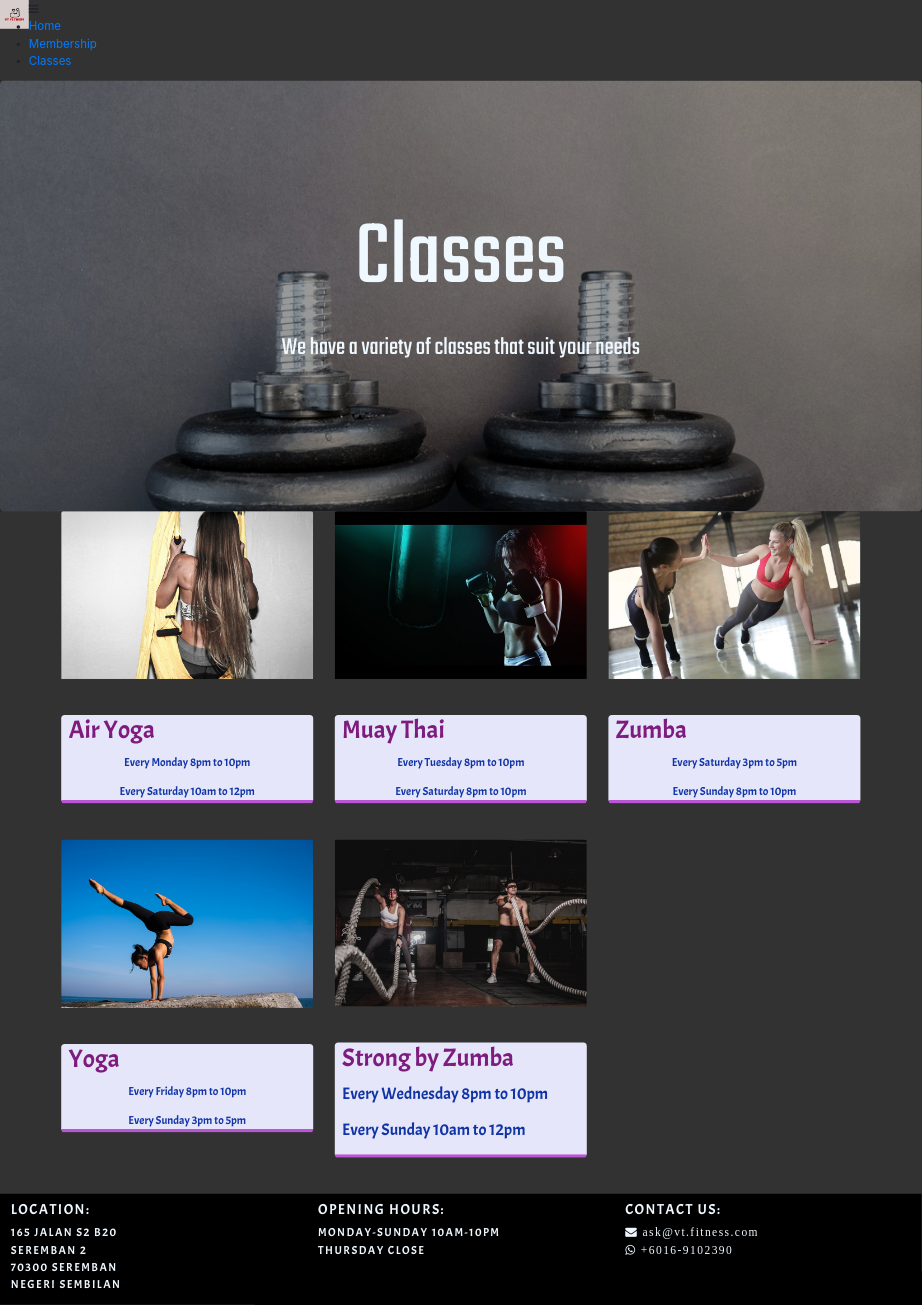
Repository: Code-Institute-Submissions/Project-One-6
Page: classes.html
The author's editor kept a record of every edit. The page is drawn from the files as they stood at one moment, then again after the next edit.
The browser window is 1280 px wide. The pictures show the whole page, at 72% of full size.

Above is the page before.

### classes.html
<!DOCTYPE html>
<html lang="en">

<head>
    <meta charset="UTF-8">
    <meta name="viewport" content="width=device-width, initial-scale=1.0">
    <meta http-equiv="X-UA-Compatible" content="ie=edge">
    <link rel="stylesheet" href="https://stackpath.bootstrapcdn.com/bootstrap/4.3.1/css/bootstrap.min.css" type="text/css" />
    <link rel="stylesheet" href="https://stackpath.bootstrapcdn.com/font-awesome/4.7.0/css/font-awesome.min.css" type="text/css" />
    <link rel="stylesheet" href="https://cdnjs.cloudflare.com/ajax/libs/hover.css/2.3.1/css/hover.css" type="text/css" />
    <link rel="stylesheet" href="style.css" type="text/css" />
    <title>VT Fitness</title>
</head>

<body>
    <header>
        <nav class="navDefault">
            <div>
                <img class="logo" src="images/logo.jpg" />
            </div>
            <div class="dropdown">
                <div class="icon-bars"><i class="fa fa-bars icon"></i></div>
                <ul class="dropdownMenu">
                    <li class="dropdownItem"><a href="index.html" class="dropdownLink">Home</a></li>
                    <li class="dropdownItem"><a href="membership.html" class="dropdownLink">Membership</a></li>
                    <li class="dropdownItem"><a href="classes.html" class="dropdownLink">Classes</a></li>
                </ul>
            </div>
        </nav>
    </header>
    <section>
        <div class="jumbotron" id="classes">
            <div class="schedule">
                <p class="membership-title">Classes</p>
                <p class="membership-quote">We have a variety of classes that suit your needs</p>
            </div>
        </div>
    </section>
    <section>
        <div class="container">
        <div class="row">
            <div class="col-sm-12 col-md-4">
                <img src="images/air yoga.jpg" class="card-img-top">
                <div class="card-body-class">
                    <h4 class="card-title">Air Yoga</h4>
                    <p class="card-text">Every Monday 8pm to 10pm</p>
                    <p class="card-text">Every Saturday 10am to 12pm</p>
                </div>
            </div>
            <div class="col-sm-12 col-md-4">
                <img src="images/muay thai.jpg" class="card-img-top">
                <div class="card-body-class">
                    <h4 class="card-title">Muay Thai</h4>
                    <p class="card-text">Every Tuesday 8pm to 10pm</p>
                    <p class="card-text">Every Saturday 8pm to 10pm</p>
                </div>
            </div>
            <div class="col-sm-12 col-md-4">
                <img src="images/zumba.jpg" class="card-img-top">
                <div class="card-body-class">
                    <h4 class="card-title">Zumba</h4>
                    <p class="card-text">Every Saturday 3pm to 5pm</p>
                    <p class="card-text">Every Sunday 8pm to 10pm</p>
                </div>
            </div>
        </div>
        <div class="row">
            <div class="col-sm-12 col-md-4">
                <img src="images/yoga.jpg" class="card-img-top">
                <div class="card-body-class">
                    <h4 class="card-title">Yoga</h4>
                    <p class="card-text">Every Friday 8pm to 10pm</p>
                    <p class="card-text">Every Sunday 3pm to 5pm</p>
                </div>
            </div>
            <div class="col-sm-12 col-md-4">
                <img src="images/strong by zumba.jpg" class="card-img-top">
                <div class="card-body-class">
                    <h4 class="card-title">Strong by Zumba</h4>
                    <p class="text">Every Wednesday 8pm to 10pm</p>
                    <p class="text">Every Sunday 10am to 12pm</p>
                </div>
            </div>
        </div>
    </section>
    <footer class="container-fluid">
        <div class="row">
            <div id="footer-detail" class="col-sm-4 cap">
                <h5 class="inline-block">Location:</h5>
                <p>165 Jalan S2 B20
                    <br>Seremban 2
                    <br>70300 Seremban
                    <br>Negeri Sembilan</p>
            </div>
            <div id="footer-detail" class="col-sm-4 cap">
                <h5 class="inline-block">Opening Hours:</h5>
                <p>Monday-Sunday 10am-10pm
                    <br>Thursday close
                </p>
            </div>
            <div id="footer-detail" class="col-sm-4">
                <h5 class="cap">Contact Us:</h5>
                <ul class="list-inline social">
                    <li>
                        <i class="fa fa-envelope" aria-hidden="true">
                    <span>ask@vt.fitness.com</span>
                    </i>
                    </li>
                    <li>
                        <i class="fa fa-whatsapp" aria-hidden="true">
                    <span>+6016-9102390</span>
                    </i>
                    </li>
                </ul>
            </div>
        </div>

    </footer>
</body>

</html>

### style.css
@import url('https://fonts.googleapis.com/css?family=Acme|Bangers|Lilita+One|Pacifico|Teko&display=swap');

/*-------------------------------------Header------------------------------------*/

header {
    margin: 0;
}

body {
    background-color: #323232;
}

/*-------------------------------------Nav Bar------------------------------------*/

.logo {
    width: 40px;
    height: 40px;
    float: left;
}

.dropdown-item {
    text-align: center;
    font-family: "Acme", sans-serif;
    color: #0080fe;
    width: 150px;
    background-color: rgba(0, 0, 0, 0.2);
    float: right;
}

.dropdown-item:hover {
    text-decoration: none;
    text-align: center;
    color: #f0f8ff;
    width: 150px;
    background-color: rgba(0, 0, 0, 0.7);
}

/*-----------------------------------Home page-----------------------------------*/

#workout {
    background-attachment: scroll;
    background-image: url('images/Workout.jpg');
    background-position: center;
    background-size: cover;
    background-repeat: no-repeat;
    height: 100vh;
    width: 100vw;
    margin-bottom: 0px;
    z-index: -1;
    padding: 0;
}

.vertical-center {
    margin: 0;
    position: absolute;
    top: 50%;
    left: 50%;
    transform: translate(-50%, -50%);
}

.banner-slogan {
    font-family: "teko", sans-serif;
    color: #f0f8ff;
    margin: 0;
    text-align: center;
}

.banner-title {
    font-family: "teko", sans-serif;
    color: #f0f8ff;
    margin: 0;
    text-align: center;
}

.banner-quote {
    font-family: "teko", sans-serif;
    color: #f0f8ff;
    margin-bottom: 10px;
    text-align: center;
}

@media only screen and (max-width: 576px) {
    .banner-slogan {
        font-size: 45px;
        width: 350px;
    }
    .banner-title {
        font-size: 25px;
        width: 350px;
    }
    .banner-quote {
        font-size: 20px;
        width: 350px;
    }
}

@media only screen and (min-width: 577px) and (max-width: 768px) {
    .banner-slogan {
        font-size: 70px;
        width: 500px;
    }
    .banner-title {
        font-size: 30px;
        width: 500px;
    }
    .banner-quote {
        font-size: 25px;
        width: 500px;
    }
}

@media only screen and (min-width: 769px) and (max-width: 992px) {
    .banner-slogan {
        font-size: 95px;
        width: 700px;
    }
    .banner-title {
        font-size: 40px;
        width: 700px;
    }
    .banner-quote {
        font-size: 32px;
        width: 700px;
    }
}

@media only screen and (min-width: 993px) {
    .banner-slogan {
        font-size: 115px;
        width: 850px;
    }
    .banner-title {
        font-size: 50px;
        width: 850px;
    }
    .banner-quote {
        font-size: 38px;
        width: 850px;
    }
}

.btn {
    margin: 0 auto;
    display: block;
}

.btn>a {
    font-family: "Bangers", sans-serif;
    color: #f0f8ff;
    text-transform: uppercase;
}

.btn>a:hover {
    text-decoration: none;
    color: #000000;
}

/*------------------------------------Core Value----------------------------------*/

.cv-title {
    text-align: center;
    font-family: "Bangers", sans-serif;
    color: #990000;
    font-size: 50px;
    margin-bottom: 70px;
    margin-top: 0;
}

.core-value {
    margin: 0;
    padding-top: 50px;
    padding-left: 80px;
    padding-right: 80px;
}

/*------------------------------------Sign Up------------------------------------*/

#signup {
    background-image: url('images/counter.jpg');
    background-size: cover;
    background-attachment: scroll;
    background-repeat: no-repeat;
    background-position: center;
    z-index: -1;
    margin: 0;
    padding: 0;
}

.signup-form {
    padding-top: 150px;
    padding-bottom: 150px;
    background-color: rgba(0, 0, 0, 0.5);
}

.title {
    font-family: "teko", sans-serif;
    color: #f6fffb;
    margin: 0 auto;
    text-align: center;
}

.quote {
    font-family: "Acme", sans-serif;
    color: #f0f8ff;
    text-align: center;
    margin: 0 auto;
}

@media only screen and (max-width: 576px) {
    .title {
        font-size: 50px;
        width: 300px;
    }
    .quote {
        font-size: 15px;
        width: 300px;
    }
}

@media only screen and (min-width: 577px) and (max-width: 768px) {
    .title {
        font-size: 70px;
        width: 500px;
    }
    .quote {
        font-size: 20px;
        width: 500px;
    }
}

@media only screen and (min-width: 769px) and (max-width: 992px) {
    .title {
        font-size: 90px;
        width: 700px;
    }
    .quote {
        font-size: 30px;
        width: 700px;
    }
}

@media only screen and (min-width: 993px) {
    .title {
        font-size: 105px;
        width: 850px;
    }
    .quote {
        font-size: 35px;
        width: 850px;
    }
}

/*-------------------------------------Video------------------------------------*/

.video {
    text-align: center;
    background-image: url('images/gym.jpg');
}

.video-title {
    font-family: "Lilita One", sans-serif;
    color: #5c5c5c;
    margin-bottom: 0px;
}

@media only screen and (min-width: 768px) and (max-width: 992px) {
    .video-title {
        font-size: 45px;
    }
}

@media only screen and (min-width: 993px) {
    .video-title {
        font-size: 70px;
    }
}

/*-------------------------------------Footer------------------------------------*/

footer {
    background-color: #000000;
    color: #f0f8ff;
    bottom: 0;
}

#footer-detail {
    font-size: 16px;
    font-weight: 100;
    font-family: "Acme", sans-serif;
    letter-spacing: 2px;
    color: #f0f8ff;
    margin-top: 10px;
}

.cap {
    text-transform: uppercase;
}

.details {
    font-size: 16px;
    font-weight: 100;
    font-family: "Acme", sans-serif;
}

/*----------------------------------Membership----------------------------------*/

#membership {
    background-attachment: scroll;
    background-image: url('images/membership.jpg');
    background-position: center;
    background-size: cover;
    background-repeat: no-repeat;
    height: 100vh;
    width: 100vw;
    margin-bottom: 0px;
    z-index: -1;
}

.membership-title {
    font-family: "teko", sans-serif;
    color: #f0f8ff;
    text-align: center;
    margin: 0;
}

.membership-quote {
    font-family: "teko", sans-serif;
    color: #f0f8ff;
    text-align: center;
    margin: 0;
}

.package {
    margin-top: 40px;
    margin-bottom: 80px;
    text-align: center;
}

.slogan {
    font-family: "teko", sans-serif;
    color: #f6fffb;
    padding: 0;
    margin: 0;
}

.card-header {
    background-color: #ffffff;
    border-top: 5px solid #ba55d3;
    font-family: "acme", sans-serif;
    font-size: 25px;
    color: #7d1b7e;
}

.card-body {
    background-color: #e6e6fa;
}

.card-text {
    font-family: "acme", sans-serif;
    color: #1034a6;
    text-align: center;
}

.card-footer {
    background-color: #ffffff;
    font-family: "acme", sans-serif;
    font-size: 25px;
    color: #7d1b7e;
    padding: 5;
}

.slogan-text {
    font-family: "teko", sans-serif;
    font-size: 30px;
    color: #f6fffb;

}

@media only screen and (max-width: 576px) {
    .membership-title {
        font-size: 55px;
    }
    .membership-quote {
        font-size: 25px;
    }
    .slogan {
        font-size: 50px;
    }
    .slogan-text {
        font-size: 20px;
    }
    .card-footer {
        margin-bottom: 20px;
    }
}

@media only screen and (min-width: 577px) and (max-width: 768px) {
    .membership-title {
        font-size: 80px;
    }
    .membership-quote {
        font-size: 25px;
    }
    .slogan {
        font-size: 65px;
    }
    .slogan-text {
        font-size: 25px;
    }
    .card-footer {
        margin-bottom: 20px;
    }
}

@media only screen and (min-width: 769px) and (max-width: 992px) {
    .membership-title {
        font-size: 110px;
    }
    .membership-quote {
        font-size: 30px;
    }
    .slogan {
        font-size: 85px;
    }
    .slogan-text {
        font-size: 30px;
    }
}

@media only screen and (min-width: 993px) {
    .membership-title {
        font-size: 130px;
    }
    .membership-quote {
        font-size: 35px;
    }
    .slogan {
        font-size: 100px;
    }
    .slogan-text {
        font-size: 30px;
    }
}



/*----------------------------------Classes----------------------------------*/

#classes {
    background-attachment: scroll;
    background-image: url('images/class.jpg');
    background-position: center;
    background-size: cover;
    background-repeat: no-repeat;
    z-index: -1;
    padding: 0;
    margin: 0;
}

.schedule {
    padding-top: 150px;
    padding-bottom: 200px;
    background-color: rgba(0,0,0,0.4);
}

.card-body-class {
    background-color: #e6e6fa;
    margin-top: 50px;
    margin-bottom: 50px;
    border-radius: 5px;
    border-bottom: 5px solid #ba55d3;
}

.card-title {
    font-family: "acme", sans-serif;
    font-size: 35px;
    color: #7d1b7e;
    padding-left: 10px;
}

.text {
    font-family: "acme", sans-serif;
    font-size: 23px;
    color: #1034a6;
    padding-left: 10px;
}

@media only screen and (max-width: 576px) {
    .card-body-class {
        margin-top: 20px;
        margin-bottom: 20px;
    }
    .text {
    font-size: 18px;
    }
}

@media only screen and (min-width: 577px) and (max-width: 768px) {
    .card-body-class {
        margin-top: 20px;
        margin-bottom: 20px;
    }
    .text {
    font-size: 18px;
    }
}

After the next edit:
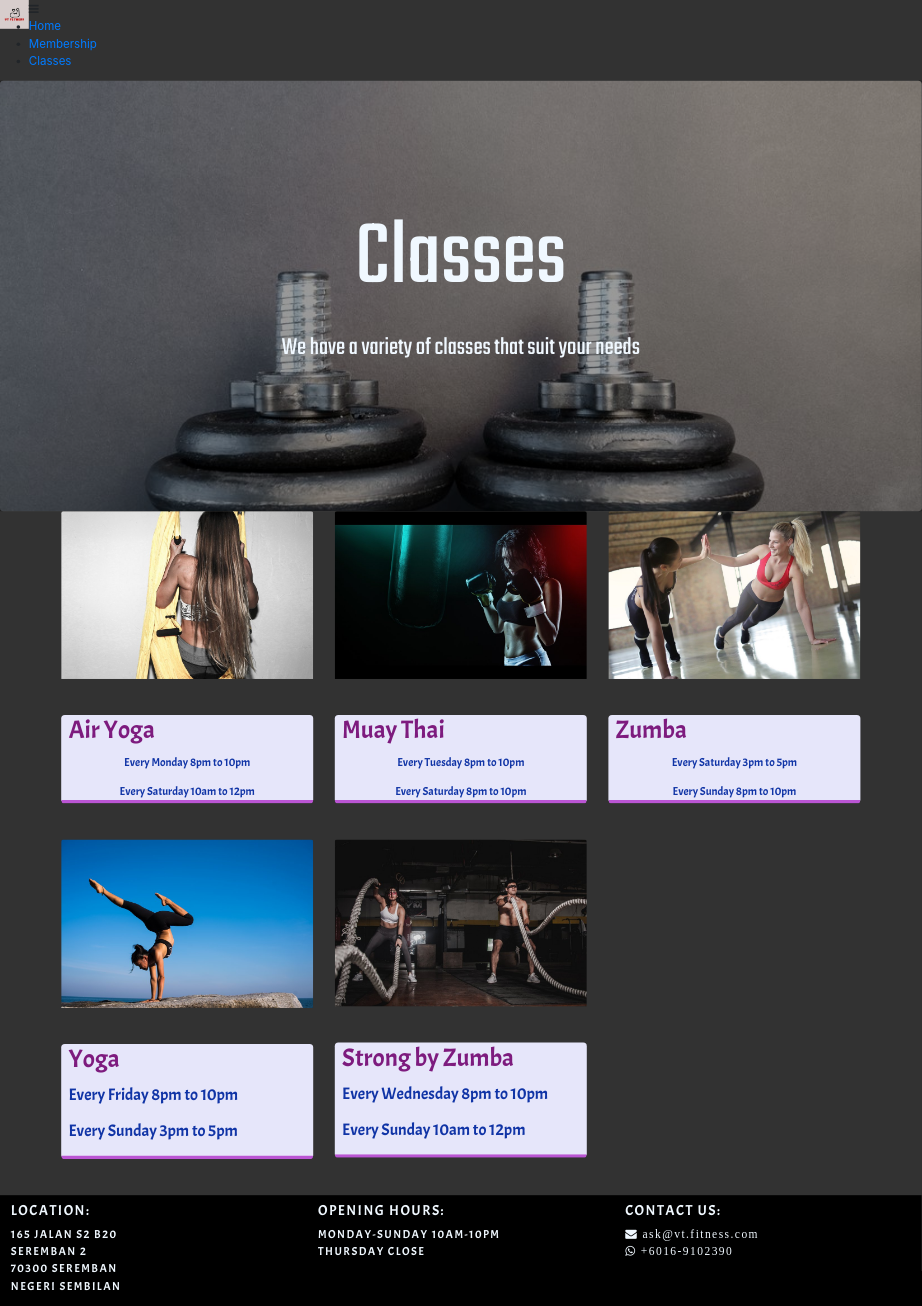
The edit:
--- a/classes.html
+++ b/classes.html
@@ -69,8 +69,8 @@
                 <img src="images/yoga.jpg" class="card-img-top">
                 <div class="card-body-class">
                     <h4 class="card-title">Yoga</h4>
-                    <p class="card-text">Every Friday 8pm to 10pm</p>
-                    <p class="card-text">Every Sunday 3pm to 5pm</p>
+                    <p class="text">Every Friday 8pm to 10pm</p>
+                    <p class="text">Every Sunday 3pm to 5pm</p>
                 </div>
             </div>
             <div class="col-sm-12 col-md-4">
